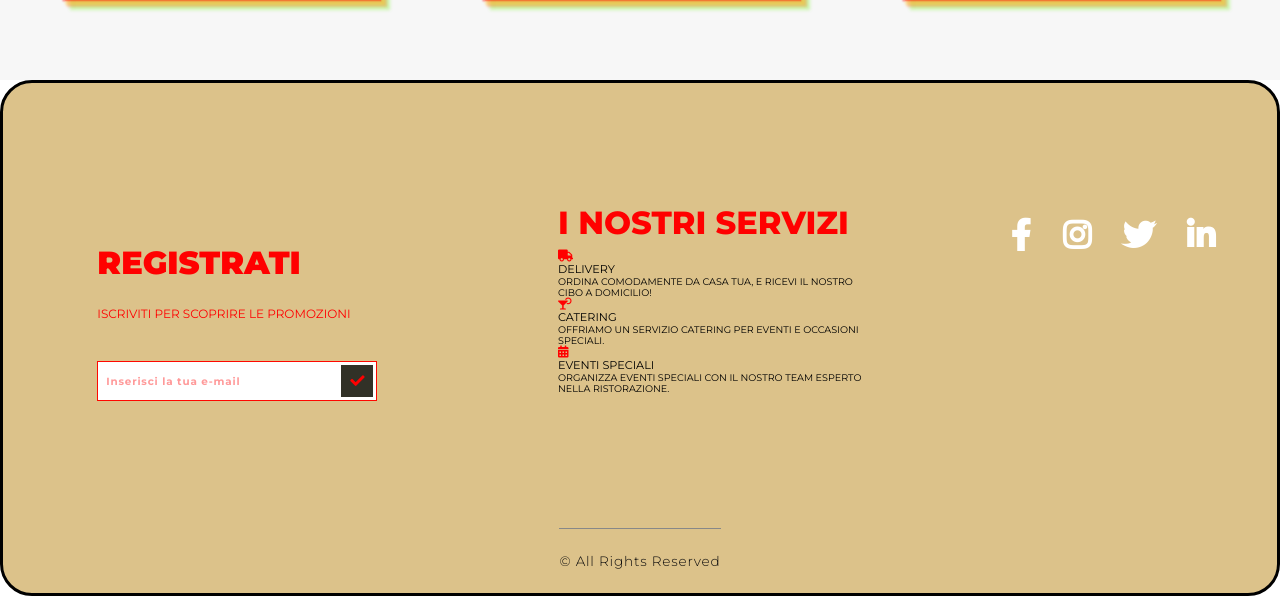
Repository: Probyte5D/ResponsiveFoodWebsite
Page: index.html
These files come from the project's save history. The page is drawn as it stood at one moment and after the next save; the edit follows.
The browser window is 1280 px wide. The pictures show the part of the page from y = 2305 to 2901 px (the page is 2901 px tall).
Backgrounds fixed to the window are drawn as part of the page. Some web fonts or font styles are not loaded; a fallback is used.

Above is the page before, as saved 2025-04-06 20:20:04.

After the next save:
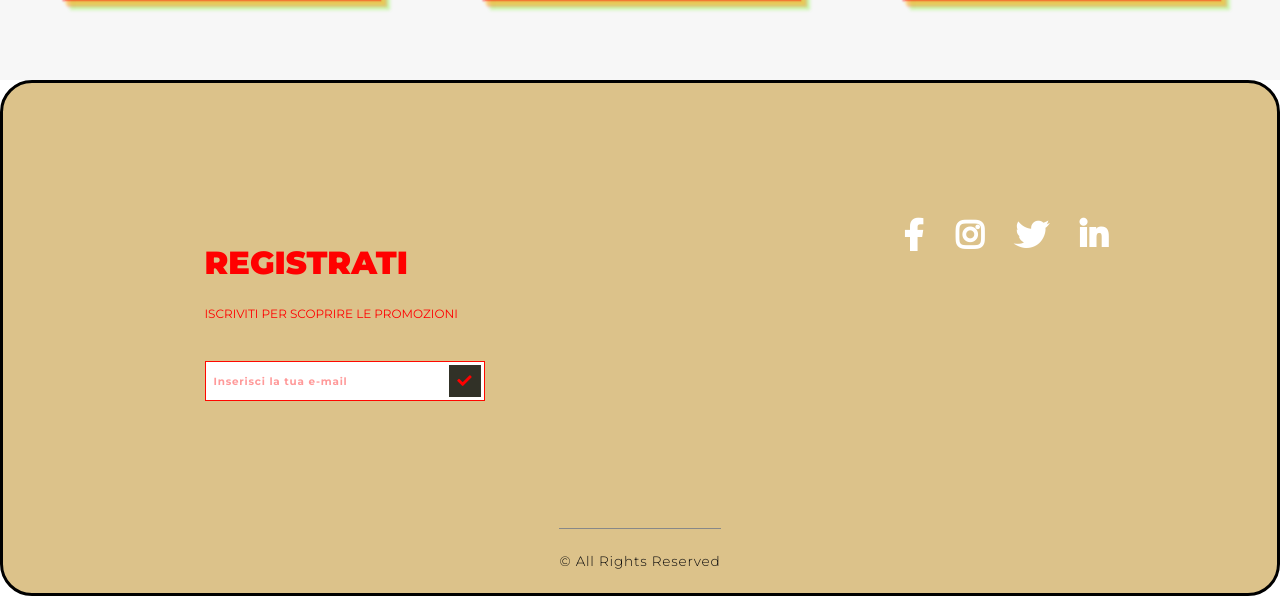
Saved 25 s later.
--- a/index.html
+++ b/index.html
@@ -143,27 +143,6 @@
   </div>
 
 
-  <!-- Sezione Servizi -->
-  <div class="services">
-    <h1 class="section-4-services">I nostri servizi</h1>
-    <div class="services-container">
-      <div class="service">
-        <i class="fas fa-truck"></i>
-        <h3>Delivery</h3>
-        <p>Ordina comodamente da casa tua, e ricevi il nostro cibo a domicilio!</p>
-      </div>
-      <div class="service">
-        <i class="fas fa-cocktail"></i>
-        <h3>Catering</h3>
-        <p>Offriamo un servizio catering per eventi e occasioni speciali.</p>
-      </div>
-      <div class="service">
-        <i class="fas fa-calendar-alt"></i>
-        <h3>Eventi Speciali</h3>
-        <p>Organizza eventi speciali con il nostro team esperto nella ristorazione.</p>
-      </div>
-    </div>
-  </div>
 
   <p class="copyright">&copy; All Rights Reserved</p>
 
